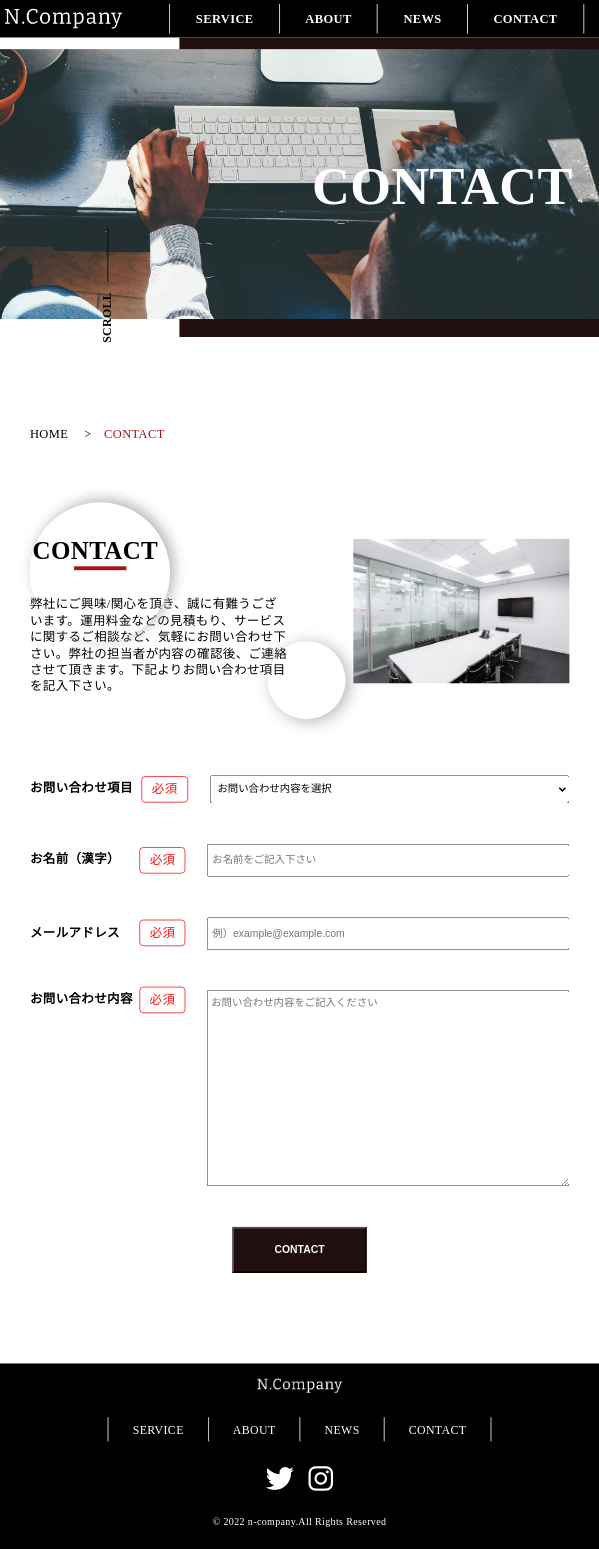
Repository: nozomi-23/hp2_test
Page: html/contact.html
These files come from the project's save history. The page is drawn as it stood at one moment and after the next save; the edit follows.
The browser window is 768 px wide. The pictures show the whole page, at 78% of full size.
Some web fonts or font styles are not loaded; a fallback is used. Some web libraries are served in a nearby version.

Above is the page before, as saved 2022-06-26 23:24:37.

### html/contact.html
<!DOCTYPE html>
<html lang="ja">

<head>
  <meta charset="UTF-8">
  <title>コンサル事業 N.Company</title>
  <meta name="description" content="専門知識豊富なコンサルタントチームがあらゆる経営課題を解決に導きます。">
  <meta name="keywords" content="コンサル,経営改善,サポート">
  <meta name="viewport" content="width=device-width, initial-scale=1.0">
  <meta property="og:title" content="コンサル事業 N.Company">
  <meta property="og:type" content="article">
  <meta property="og:url" content="https://withcode-plus.tech">
  <meta property="og:image" content="img/logo.png">
  <meta property="og:description" content="専門知識豊富なコンサルタントチームがあらゆる経営課題を解決に導きます。">
  <meta property="og:site_name" content="コンサル事業">
  <link rel="icon" href="favicon.ico">
  <link rel="apple-touch-icon" sizes="180x180" href="img/logo.png">
  <link rel="preconnect" href="https://fonts.googleapis.com">
  <link rel="preconnect" href="https://fonts.gstatic.com" crossorigin>
  <link rel="preconnect" href="https://fonts.googleapis.com">
  <link rel="preconnect" href="https://fonts.gstatic.com" crossorigin>
  <link rel="preconnect" href="https://fonts.googleapis.com">
  <link rel="preconnect" href="https://fonts.gstatic.com" crossorigin>
  <link href="https://fonts.googleapis.com/css2?family=Bitter:wght@300;400&display=swap" rel="stylesheet">
  <link href="https://fonts.googleapis.com/css2?family=Noto+Serif+JP:wght@400;500;700&display=swap" rel="stylesheet">
  <script src="https://kit.fontawesome.com/b17c2acbc6.js" crossorigin="anonymous"></script>
  <link rel="stylesheet" type="text/css" href="../css/reset.css">
  <link rel="stylesheet" type="text/css" href="../css/common1.css">
  <link rel="stylesheet" type="text/css" href="../css/common2.css">
  <link rel="stylesheet" type="text/css" href="../css/contact.css">
</head>

<body>
  <!-- ======== header ===== -->
  <header>
    <div class="header_inner">
      <h1 class="header_logo">
        <a href="../index.html"><img src="../img/logo.png" alt="ロゴ画像"></a>
      </h1>
      <nav class="header_nav">
        <ul>
          <li>
            <a href="../html/about.html">SERVICE</a>
          </li>
          <li>
            <a href="../html/about.html">ABOUT</a>
          </li>
          <li>
            <a href="../html/news.html">NEWS</a>
          </li>
          <li>
            <a href="#">CONTACT</a>
          </li>
        </ul>
      </nav>
    </div>
    <div class="drawer"></div>
  </header>
    <main>
  <!-- ======== fv ===== -->

  <section class="service_fv">
    <div class="service_fv_wrapper">
      <div class="service_fv_img">
        <img src="../img/contact_main.png" alt="メイン画像">
      </div>
      <div class="fv_txt_wrapper_2">
        <span class="top_arrow_txt">SCROLL</span>
      </div>
      <div class="fv_ttl_wrapper">
        <h2 class="service_fv_ttl">CONTACT</h2>
      </div>
    </div>
  </section>

  <!-- ======== パンくずリスト ===== -->

  <section class="breadcrumb section">
    <div class="inner">
      <ul class="breadcrumb_list">
        <li class="breadcrumb_item">
          <a href="../index.html"><span>HOME</span></a>
        </li>
        <li class="breadcrumb_item">
          <a href="#"><span class="color">CONTACT</span></a>
        </li>
      </ul>
    </div>
  </section>

  <!-- ======== contact ===== -->

  <div class="section contact_intro section">
    <div class="inner">
      <div class="contact_intro_wrapper">
        <div class="contact_intro_txt">
          <h3 class="section_ttl">CONTACT</h3>
          <p>弊社にご興味/関心を頂き、誠に有難うございます。運用料金などの見積もり、サービスに関するご相談など、気軽にお問い合わせ下さい。弊社の担当者が内容の確認後、ご連絡させて頂きます。下記よりお問い合わせ項目を記入下さい。</p>
        </div>
        <div class="contact_intro_img">
          <img src="../img/contact.png" alt="お問合せ画像">
        </div>
      </div>
        <form action="mail.php" class="contact_form" id="form" method="post">
          <div class="contact_box">
            <label for="name" class="contact_form_ttl">お問い合わせ項目</label>
            <select class="contact_form_box1" name="subject" required="required">
              <optgroup value>
                <option class="select_txt" value="プルダウンメニューで問い合わせ内容を選択" hidden>お問い合わせ内容を選択</option>
                <option class="select_txt" value="お見積もりについて">お見積もりについて</option>
                <option class="select_txt" value="カウンセリング予約について">カウンセリング予約について</option>
                <option class="select_txt" value="その他">その他</option>
              </optgroup>
            </select>
          </div>
          <div class="contact_box">
            <label for="name" class="contact_form_ttl">お名前（漢字）</label>
            <input type="text" class="contact_form_box2" name="" required="required" placeholder="お名前をご記入下さい">
          </div>
          <div class="contact_box">
            <label for="email" class="contact_form_ttl">メールアドレス</label>
            <input type="email" class="contact_form_box2" name="" required="required" placeholder="例）example@example.com">
          </div>
          <div class="contact_box _area">
            <label for="message" class="contact_form_ttl">お問い合わせ内容</label>
            <textarea name="message" class="contact_textarea" id="message" required="required"
              placeholder="お問い合わせ内容をご記入ください"></textarea>
          </div>
          <button type="submit" class="btn contact_btn1">CONTACT</button>
        </form>
    </div>
  </div>
</main>
  <!-- ======== footer ===== -->

  <footer>
    <div class="footer_logo">
      <a href="#">
        <img src="../img/logo.png" alt="ロゴ画像">
      </a>
    </div>
    <ul class="footer_list">
      <li>
        <a href="#">SERVICE</a>
      </li>
      <li>
        <a href="../html/about.html">ABOUT</a>
      </li>
      <li>
        <a href="../html/news.html">NEWS</a>
      </li>
      <li>
        <a href="../html/contact.html">CONTACT</a>
      </li>
    </ul>
    <ul class="footer_sns">
      <li class="sns_icon sns_icon1">
        <a href="https://twitter.com/nomoko_423">
          <i class="fa-brands fa-twitter"></i>
        </a>
      </li>
      <li class="sns_icon sns_icon2">
        <a href="#">
          <i class="fa-brands fa-instagram"></i>
        </a>
      </li>
    </ul>
    <small>©︎ 2022 n-company.All Rights Reserved</small>
  </footer>
</body>
<script src="https://ajax.googleapis.com/ajax/libs/jquery/3.5.1/jquery.min.js"></script>
<script type="text/javascript" src="js/common.js"></script>

</html>

### css/reset.css
@charset "UTF-8";

html,
body,
div,
span,
object,
iframe,
h1,
h2,
h3,
h4,
h5,
h6,
p,
blockquote,
pre,
abbr,
address,
cite,
code,
del,
dfn,
em,
img,
ins,
kbd,
q,
samp,
small,
strong,
sub,
sup,
var,
b,
i,
dl,
dt,
dd,
ol,
ul,
li,
fieldset,
form,
label,
legend,
table,
caption,
tbody,
tfoot,
thead,
tr,
th,
td,
article,
aside,
canvas,
details,
figcaption,
figure,
footer,
header,
hgroup,
menu,
nav,
section,
summary,
time,
mark,
audio,
video {
  margin: 0;
  padding: 0;
  border: 0;
  outline: 0;
  font-size: 100%;
  vertical-align: baseline;
  background: transparent;
}

body {
  line-height: 1;
}

article,
aside,
details,
figcaption,
figure,
footer,
header,
hgroup,
menu,
nav,
section {
  display: block;
}

nav ul {
  list-style: none;
}

blockquote,
q {
  quotes: none;
}

blockquote:before,
blockquote:after,
q:before,
q:after {
  content: '';
  content: none;
}

a {
  margin: 0;
  padding: 0;
  font-size: 100%;
  vertical-align: baseline;
  background: transparent;
}

/* change colours to suit your needs */
ins {
  background-color: #ff9;
  color: #000;
  text-decoration: none;
}

/* change colours to suit your needs */
mark {
  background-color: #ff9;
  color: #000;
  font-style: italic;
  font-weight: bold;
}

del {
  text-decoration: line-through;
}

abbr[title],
dfn[title] {
  border-bottom: 1px dotted;
  cursor: help;
}

table {
  border-collapse: collapse;
  border-spacing: 0;
}

/* change border colour to suit your needs */
hr {
  display: block;
  height: 1px;
  border: 0;
  border-top: 1px solid #cccccc;
  margin: 1em 0;
  padding: 0;
}

input,
select {
  vertical-align: middle;
}

### css/common1.css
@charset "UTF-8";

body {
  font-size: 18px;
  color: #000;
  letter-spacing: 0.03em;
  font-family: 'Noto Serif JP', serif;
  line-height: 1.3;
}
li {
  list-style: none;
}
a {
  text-decoration: none;
  cursor: pointer;
  color: #000;
}
/* =====================
共通レイアウト
========================*/

.section {
  margin: 15% 0;
  position: relative;
}

.inner {
  width: 80%;
  height: auto;
  margin: 0 auto;
  /* background-color: aqua; */
}

/* =====================
共通パーツ
========================*/

.section_ttl {
  position: relative;
  font-size: 2rem;
  font-weight: bold;
  display: inline-block;
  margin-bottom: 4.5%;
  padding: 1%;
}

.section_ttl::after {
  content: "";
  position: absolute;
  bottom: 0;
  left: 34%;
  display: inline-block;
  width: 40%;
  border-bottom: 5px solid #A71414;
}

.btn {
  width: 25%;
  margin: 0 auto;
}

.btn a {
  text-align: center;
  color: #fff;
  background: #210E0E;
  font-weight: bold;
  line-height: 4;
  display: block;
  width: 100%;
  height: 100%;
  cursor: pointer;
  transition: all 0.5s;
}

.btn a:hover {
  opacity: 0.8;
  transition: all 0.5s;
}
/* =====================
header
========================*/
header {
  background: #000;
}

.header_inner {
  display: flex;
  justify-content: space-between;
  align-items: center;
  padding: 0.7%;
}

.header_logo {
  width: 20%;
}
.header_logo img {
  width: 100%;
  height: 100%;
}

.header_nav {
  width: 60%;
  height: auto;
}

.header_nav ul {
  display: flex;
  align-items: center;
}

.header_nav ul li {
  padding: 1.5% 6%;
  border-left: solid 1px #fff;
}

.header_nav ul li:last-child {
  border-right: solid 1px #fff;
}

.header_nav ul li a {
  display: block;
  color: #fff;
  font-weight: bold;
}

.header_nav ul li a:hover {
  color: #AB9999;
}

header .drawer {
  visibility: hidden;
}

/* =====================
footer
========================*/

footer {
  background: #000;
  padding: 2%;
  text-align: center;
}

.footer_logo {
  margin: 0 auto;
  width: 15%;
  height: auto;
}

.footer_logo img {
  width: 100%;
  height: 100%;
}

.footer_list {
  width: 70%;
  height: auto;
  display: flex;
  justify-content: center;
  align-items: center;
  margin: 3.5% auto;
}

.footer_list li {
  padding: 1% 6%;
  border-left: solid 1px #fff;
}

.footer_list li:last-child {
  border-right: solid 1px #fff;
}

.footer_list li a {
  color: #fff;
  font-size: 0.95rem;
}

.footer_list li a:hover {
  color: #AB9999;
}

.footer_sns {
  display: flex;
  align-items: center;
  justify-content: center;
  margin: 3% 0;
}

.sns_icon.sns_icon1 {
  margin-right: 2.5%;
}

.sns_icon.sns_icon1,
.sns_icon.sns_icon2 {
  font-size: 2.25rem;
}
.sns_icon a {
  color: #fff;
}

.sns_icon {
  transition: 0.2s;
}

.sns_icon:hover {
  transition: 0.2s;
  transform: translateY(-5px);
}


footer small {
  color: #fff;
  font-size: 0.8rem;
  display: block;
  margin: 1.5% 0;
}
/* =====================
レスポンシブ  768
========================*/
@media screen and (max-width: 768px) {
  body {
    font-size: 16px;
  }

  .header_nav {
    width: 72%;
  }

  .inner {
    width: 90%;
  }


}

### css/common2.css
@charset "UTF-8";

/* =====================
fv
========================*/
.service_fv_wrapper {
  display: flex;
  position: relative;
}

.service_fv_img {
  position: absolute;
  z-index: 1;
  top: 4%;
  left: 0;
}

.service_fv_img img {
  width: 100%;
  height: 100%;
}

.fv_txt_wrapper_2 {
  position: relative;
  width: 30%;
  height: 68vh;
}

.fv_ttl_wrapper {
  width: 70%;
  height: 68vh;
  background: #210E0E;
  align-items: center;
  display: flex;

}

.service_fv_ttl {
  color: #fff;
  font-weight: bold;
  font-size: 4.2rem;
  margin-left: auto;
  padding-right: 0.5em;
  z-index: 3;
}

.top_arrow_txt {
  position: absolute;
  bottom: 4%;
  left: 45%;
  transform: rotate(270deg);
  font-weight: bold;
  font-size: 0.95rem;
  z-index: 3;
}

.top_arrow_txt::after {
  content: "";
  width: 70px;
  border-bottom: solid 1px;
  display: inline-block;
  position: absolute;
  bottom: 40%;
  left: 120%;
}

/* =====================
パンくずリスト
========================*/
.breadcrumb_list {
  display: flex;
}

.breadcrumb_item::after {
  content: ">";
  padding: 0 1rem;
}

.breadcrumb_item:last-child::after {
  content: "";
}

.breadcrumb_item .color {
  color: #A71414;
}

### css/contact.css
@charset "UTF-8";

/* =====================
contact
========================*/

.contact_intro_wrapper {
  position: relative;
  display: flex;
  justify-content: space-between;
  align-items: center;
}

.contact_intro_wrapper::before {
  content: "";
  position: absolute;
  top: -19%;
  left: 0;
  width: 280px;
  height: 280px;
  border-radius: 50%;
  box-shadow: 5px -4px 18px rgb(181, 181, 181);
}

.contact_intro_wrapper::after {
  content: "";
  position: absolute;
  top: 67%;
  left: 44%;
  width: 130px;
  height: 130px;
  border-radius: 50%;
  box-shadow: 5px 3px 20px rgb(181, 181, 181);
}

.contact_intro_txt {
  width: 48%;
  height: auto;
}

.contact_intro_txt p {
  margin-top: 1.2rem;
}

.contact_intro_img {
  width: 40%;
  height: auto;
}

.contact_intro_img img {
  width: 100%;
  height: 100%;
}
/* =====================
contact form
========================*/
.contact_form {
  margin-top: 15%;
}

.contact_box {
  display: flex;
  align-items: center;
  margin-bottom: 7.5%;
}

.contact_box._area {
  align-items: baseline;
}

.contact_form_box1,
.contact_form_box2 {
  height: 7.5vh;
  width: 70%;
  padding-left: 5px;
}

.contact_textarea {
  width: 70%;
  height: 30vh;
  padding: 5px;
}

.contact_form_ttl {
  width: 35%;
  height: 100%;
  font-weight: bold;
  position: relative;
}

.contact_form_ttl::after {
  content: "必須";
  position: absolute;
  top: 50%;
  left: 65%;
  transform: translate(-50%, -50%);
  color: #F81616;
  font-weight: normal;
  border: solid 1px #F81616;
  border-radius: 5px;
  width: 25%;
  text-align: center;
  line-height: 2;
}

.contact_btn1{
  text-align: center;
  margin: 0 auto;
  color: #fff;
  background: #210E0E;
  font-weight: bold;
  line-height: 4;
  display: block;
  width: 25%;
  height: 100%;
  cursor: pointer;
  transition: all 0.5s;
}

.contact_btn1:hover {
  opacity: 0.8;
  transition: all 0.5s;
}
/* =====================
レスポンシブ  1024
========================*/
@media screen and (max-width: 1024px) {
  .fv_txt_wrapper_2 {
    height: 48vh;
  }

  .fv_ttl_wrapper {
    height: 48vh;
  }

  .contact_intro_wrapper::after {
    width: 100px;
    height: 100px;
  }

  .contact_form_box1,
  .contact_form_box2  {
    height: 4.5vh;
  }

  .contact_form_ttl::after {
    left: 75%;
  }
}
/* =====================
レスポンシブ  768
========================*/
@media screen and (max-width: 768px) {
  .contact_intro_wrapper::before  {
    width: 180px;
    height: 180px;
  }

  .contact_intro_wrapper::after {

  }
}

Loaded but not shown: js/common.js (no copy from this time; the picture is the same without it)

After the next save:
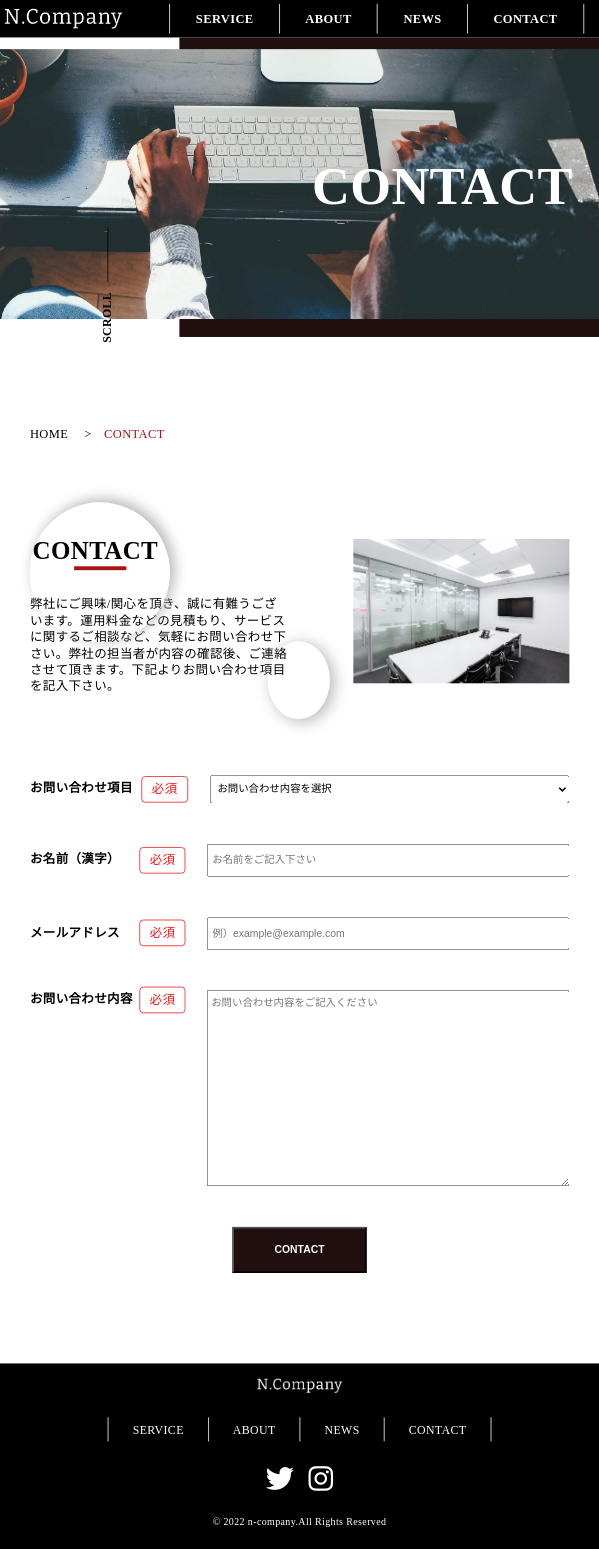
Saved 7 s later.
--- a/css/contact.css
+++ b/css/contact.css
@@ -157,6 +157,8 @@ contact form
   }
 
   .contact_intro_wrapper::after {
+    width: 80px;
+    h80px
 
   }
 }
